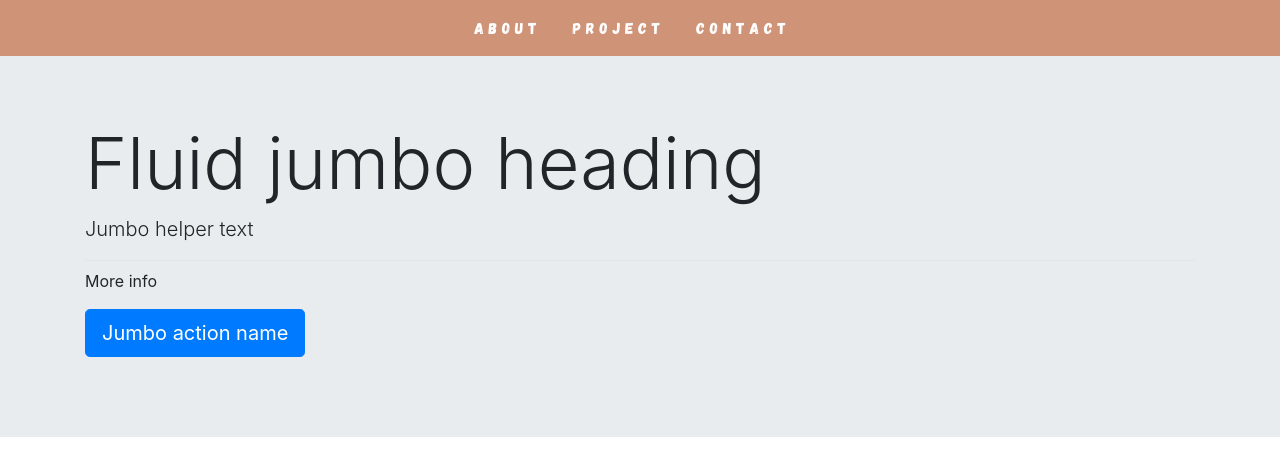
Repository: zetta-muhammad-asyrofuddien/Html-Css-ZettaCAmp
Page: Day1/Portofolio/index.html
These files come from the project's save history. The page is drawn as it stood at one moment and after the next save; the edit follows.
The browser window is 1280 px wide. The pictures show the whole page.

Above is the page before, as saved 2023-07-05 05:37:17.

### Day1/Portofolio/index.html
<!DOCTYPE html>
<html lang="en">
  <head>
    <meta charset="utf-8" />
    <meta name="viewport" content="width=device-width, initial-scale=1" />
    <title>Portofolio Asyrof</title>
    <link href="https://cdn.jsdelivr.net/npm/bootstrap@5.2.3/dist/css/bootstrap.min.css" rel="stylesheet" integrity="sha384-rbsA2VBKQhggwzxH7pPCaAqO46MgnOM80zW1RWuH61DGLwZJEdK2Kadq2F9CUG65" crossorigin="anonymous" />
    <link rel="stylesheet" href="https://cdn.jsdelivr.net/npm/bootstrap@4.6.2/dist/css/bootstrap.min.css" integrity="sha384-xOolHFLEh07PJGoPkLv1IbcEPTNtaed2xpHsD9ESMhqIYd0nLMwNLD69Npy4HI+N" crossorigin="anonymous" />
    <link rel="stylesheet" type="text/css" href="./syle.css" />
  </head>
  <body>
    <!-- NAVBAR -->
    <section class="N">
      <div class="container">
        <nav class="navbar navbar-expand-lg">
          <div class="container-fluid">
            <button class="navbar-toggler" type="button" data-bs-toggle="collapse" data-bs-target="#navbarNav" aria-controls="navbarNav" aria-expanded="false" aria-label="Toggle navigation">
              <span class="navbar-toggler-icon"></span>
            </button>
            <div class="collapse navbar-collapse" id="navbarNav">
              <ul class="navbar-nav mx-auto">
                <li class="nav-item">
                  <a class="nav-link" aria-current="page" href="#">A b o u t</a>
                </li>
                <li class="nav-item">
                  <a class="nav-link" href="#">P r o j e c t</a>
                </li>
                <li class="nav-item">
                  <a class="nav-link" href="#">C o n t a c t</a>
                </li>
              </ul>
            </div>
          </div>
        </nav>
      </div>
    </section>
    <!-- Akhir Navbar -->
    <!-- Jumbotron -->
    <div class="jumbotron jumbotron-fluid">
      <div class="container">
        <h1 class="display-3">Fluid jumbo heading</h1>
        <p class="lead">Jumbo helper text</p>
        <hr class="my-2" />
        <p>More info</p>
        <p class="lead">
          <a class="btn btn-primary btn-lg" href="Jumbo action link" role="button">Jumbo action name</a>
        </p>
      </div>
    </div>
    <!-- Akhir Jumbotron -->
    <script src="https://cdn.jsdelivr.net/npm/@popperjs/core@2.11.6/dist/umd/popper.min.js" integrity="sha384-oBqDVmMz9ATKxIep9tiCxS/Z9fNfEXiDAYTujMAeBAsjFuCZSmKbSSUnQlmh/jp3" crossorigin="anonymous"></script>
    <script src="https://cdn.jsdelivr.net/npm/bootstrap@5.2.3/dist/js/bootstrap.min.js" integrity="sha384-cuYeSxntonz0PPNlHhBs68uyIAVpIIOZZ5JqeqvYYIcEL727kskC66kF92t6Xl2V" crossorigin="anonymous"></script>
  </body>
</html>

### Day1/Portofolio/syle.css
@font-face {
  font-family: Gagalin;
  src: url(./asset/font/Gagalin-Regular.otf);
}
@font-face {
  font-family: Shrikhand;
  src: url(./asset/font/Shrikhand-Regular.ttf);
}
@font-face {
  font-family: dmSans;
  src: url(./asset/font/DMSans-Regular.ttf);
}
/* UMUM */
.N {
  background-color: #cf9378;
}
.navbar-brand {
  font-family: Gagalin;
}

.nav-link {
  font-family: Gagalin;
  color: white;
  margin-right: 20px;
}
/* DESKTOP VERSION */
@media (min-width: 992px) {
  /* Navbar */
  .nav-link:hover::after {
    content: '';
    display: block;
    border-bottom: 3px solid #ffde59;
    width: 50%;
    margin: auto;
  }
}

### Day1/Portofolio/asset/img/wave.svg
<svg xmlns="http://www.w3.org/2000/svg" xmlns:xlink="http://www.w3.org/1999/xlink" width="1366" zoomAndPan="magnify" viewBox="0 0 1024.5 576" height="768" preserveAspectRatio="xMidYMid meet" version="1.0"><defs><clipPath id="8e5e35198e"><path d="M 0 0.140625 L 1024 0.140625 L 1024 575.859375 L 0 575.859375 Z M 0 0.140625 " clip-rule="nonzero"/></clipPath><clipPath id="2a71e99a1e"><path d="M 0 403.367188 L 1024 403.367188 L 1024 575.859375 L 0 575.859375 Z M 0 403.367188 " clip-rule="nonzero"/></clipPath><clipPath id="a49a67c6f3"><path d="M 0 490 L 1024 490 L 1024 575.859375 L 0 575.859375 Z M 0 490 " clip-rule="nonzero"/></clipPath></defs><g clip-path="url(#8e5e35198e)"><path fill="#ffffff" d="M 0 0.140625 L 1024.5 0.140625 L 1024.5 583.640625 L 0 583.640625 Z M 0 0.140625 " fill-opacity="1" fill-rule="nonzero"/><path fill="#ffffff" d="M 0 0.140625 L 1024.5 0.140625 L 1024.5 576.140625 L 0 576.140625 Z M 0 0.140625 " fill-opacity="1" fill-rule="nonzero"/><path fill="#cf9378" d="M 0 0.140625 L 1024.5 0.140625 L 1024.5 576.140625 L 0 576.140625 Z M 0 0.140625 " fill-opacity="1" fill-rule="nonzero"/></g><g clip-path="url(#2a71e99a1e)"><path fill="#f89f7b" d="M 1024.59375 748.792969 L 1024.59375 514.589844 C 1009.527344 534.015625 988.578125 550.046875 965.601562 544.726562 C 953.140625 541.835938 942.988281 533.015625 933.78125 524.140625 C 907.957031 499.230469 884.9375 471.324219 857.128906 448.65625 C 829.320312 425.992188 795.234375 408.472656 759.378906 409.347656 C 723.035156 410.242188 689.773438 429.707031 660.921875 451.84375 C 632.074219 473.984375 605.410156 499.570312 573.078125 516.199219 C 530.191406 538.257812 478.621094 542.78125 432.546875 528.53125 C 358.015625 505.484375 303.679688 438.082031 229.335938 414.453125 C 203.765625 406.335938 176.726562 403.730469 149.902344 403.835938 C 128.71875 403.917969 107.039062 405.796875 87.722656 414.480469 C 64.921875 424.734375 47.261719 443.578125 26.6875 457.789062 C 18.617188 463.367188 9.488281 468.21875 0.0390625 471.40625 L 0.0390625 748.804688 L 1024.59375 748.804688 Z M 1024.59375 748.792969 " fill-opacity="1" fill-rule="nonzero"/></g><g clip-path="url(#a49a67c6f3)"><path fill="#fcca87" d="M 936.914062 622.261719 C 917.582031 630.949219 895.914062 632.824219 874.734375 632.90625 C 847.910156 633.015625 820.867188 630.421875 795.300781 622.289062 C 720.957031 598.664062 666.621094 531.257812 592.085938 508.214844 C 546.011719 493.964844 494.445312 498.503906 451.554688 520.546875 C 419.222656 537.175781 392.5625 562.761719 363.710938 584.898438 C 334.863281 607.039062 301.597656 626.503906 265.257812 627.394531 C 229.402344 628.273438 195.316406 610.765625 167.503906 588.085938 C 139.695312 565.421875 116.679688 537.511719 90.855469 512.605469 C 81.648438 503.714844 71.496094 494.894531 59.035156 492.019531 C 36.058594 486.695312 15.105469 502.730469 0.0390625 522.15625 L 0.0390625 748.792969 L 1024.582031 748.792969 L 1024.582031 565.351562 C 1015.132812 568.542969 1006.003906 573.390625 997.933594 578.96875 C 977.371094 593.179688 959.714844 612.011719 936.914062 622.261719 Z M 936.914062 622.261719 " fill-opacity="1" fill-rule="nonzero"/></g></svg>

After the next save:
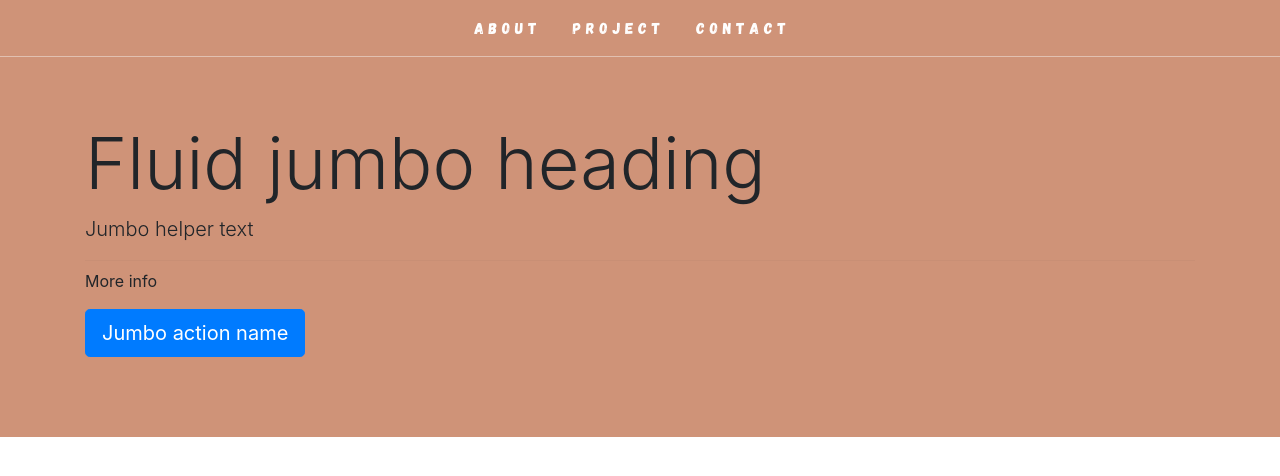
Saved 55 s later.
--- a/Day1/Portofolio/syle.css
+++ b/Day1/Portofolio/syle.css
@@ -23,6 +23,11 @@
   color: white;
   margin-right: 20px;
 }
+
+.jumbotron {
+  background-image: url(./asset/img/wave.svg);
+}
+
 /* DESKTOP VERSION */
 @media (min-width: 992px) {
   /* Navbar */
